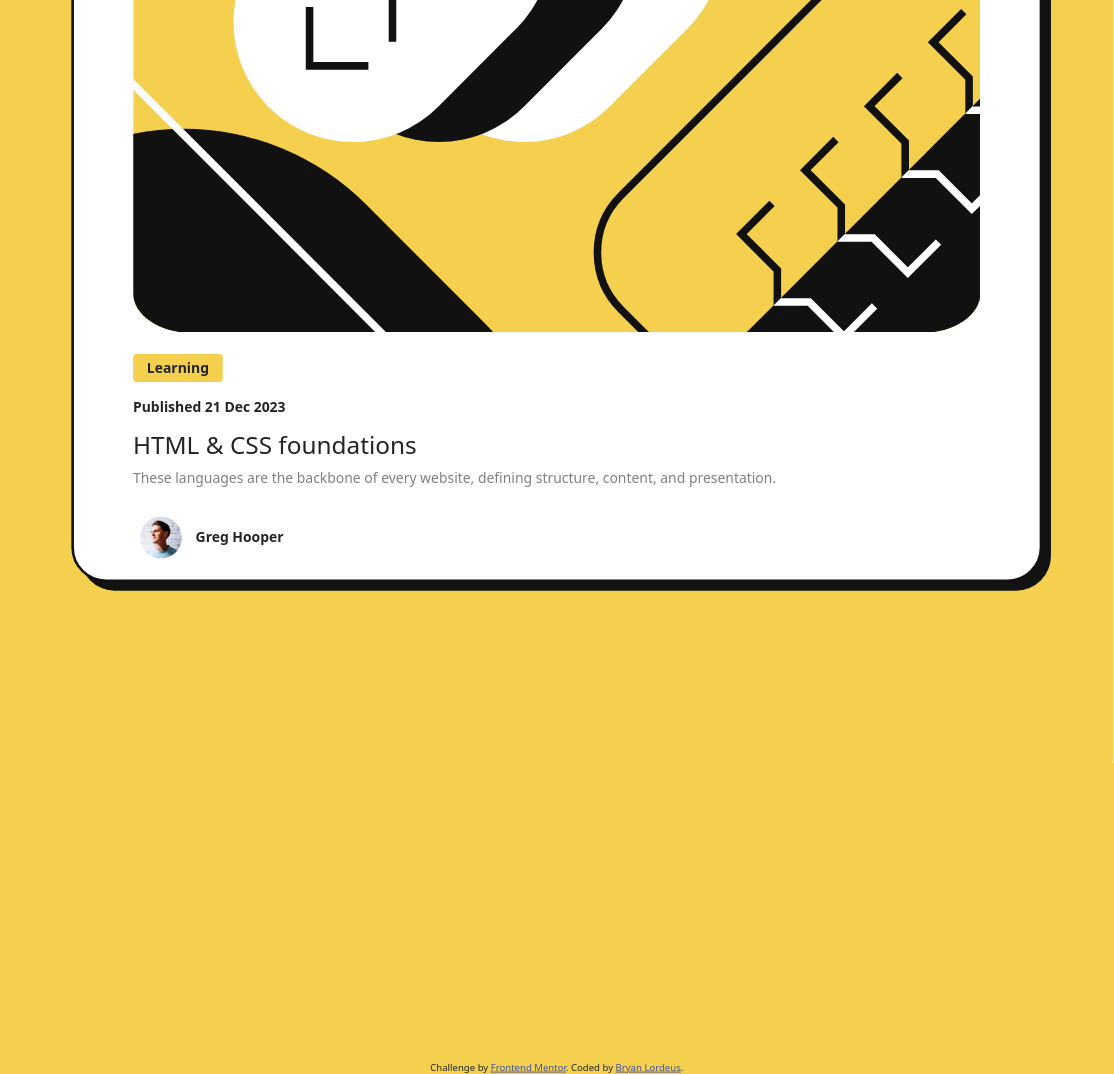
Repository: blordeus/blog-preview-card
Page: index.html
An editor plug-in stored every save of this project. The page is shown before and after the next save, followed by the edit.
The browser window is 1280 px wide. The pictures show the whole page, at 87% of full size.
The style sheet was rebuilt from its Sass, Less or Tailwind sources for each picture, by a compiler version that may differ from the author's.

Above is the page before, as saved 2024-02-10 11:59:07.

After the next save:
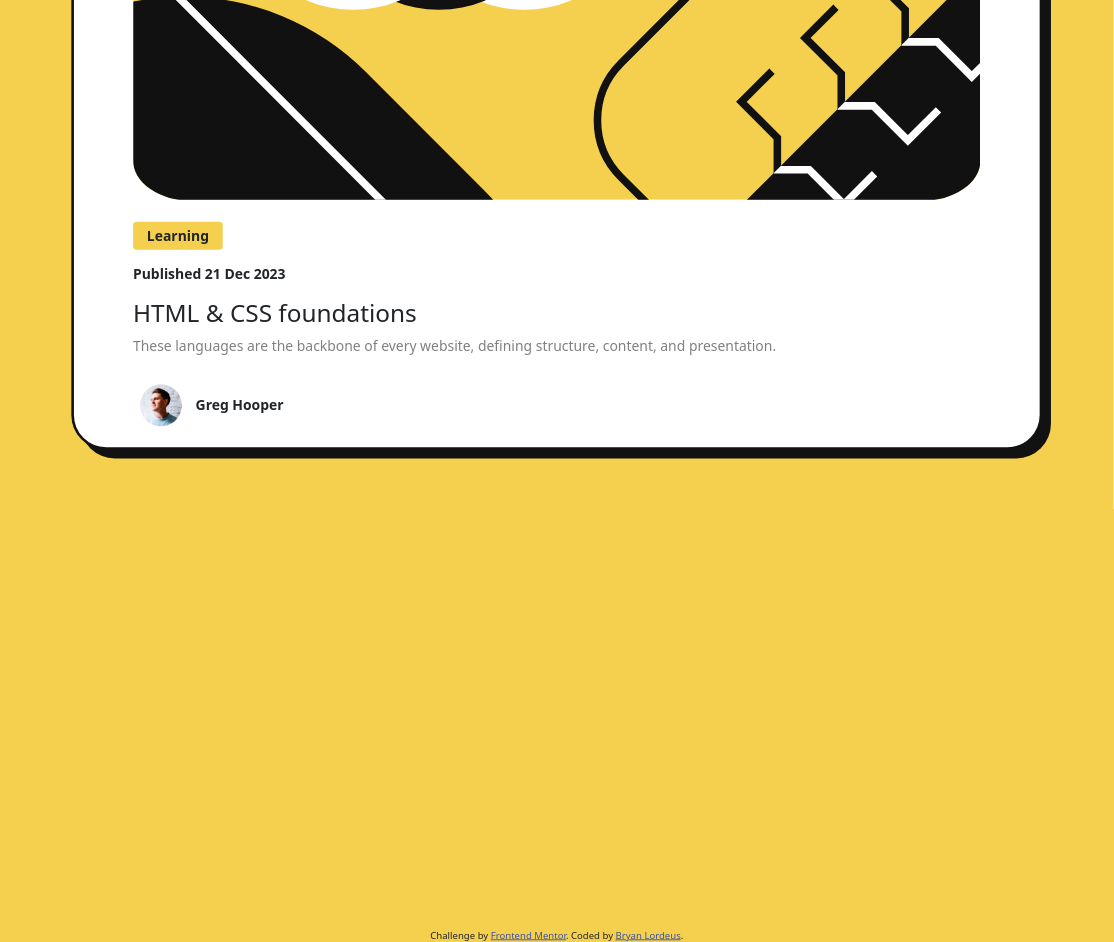
Saved 21 s later.
--- a/style.scss
+++ b/style.scss
@@ -95,7 +95,6 @@
     }
 
     body {
-        padding: 40% 90%;
     }
 
     main {

After the save that followed:
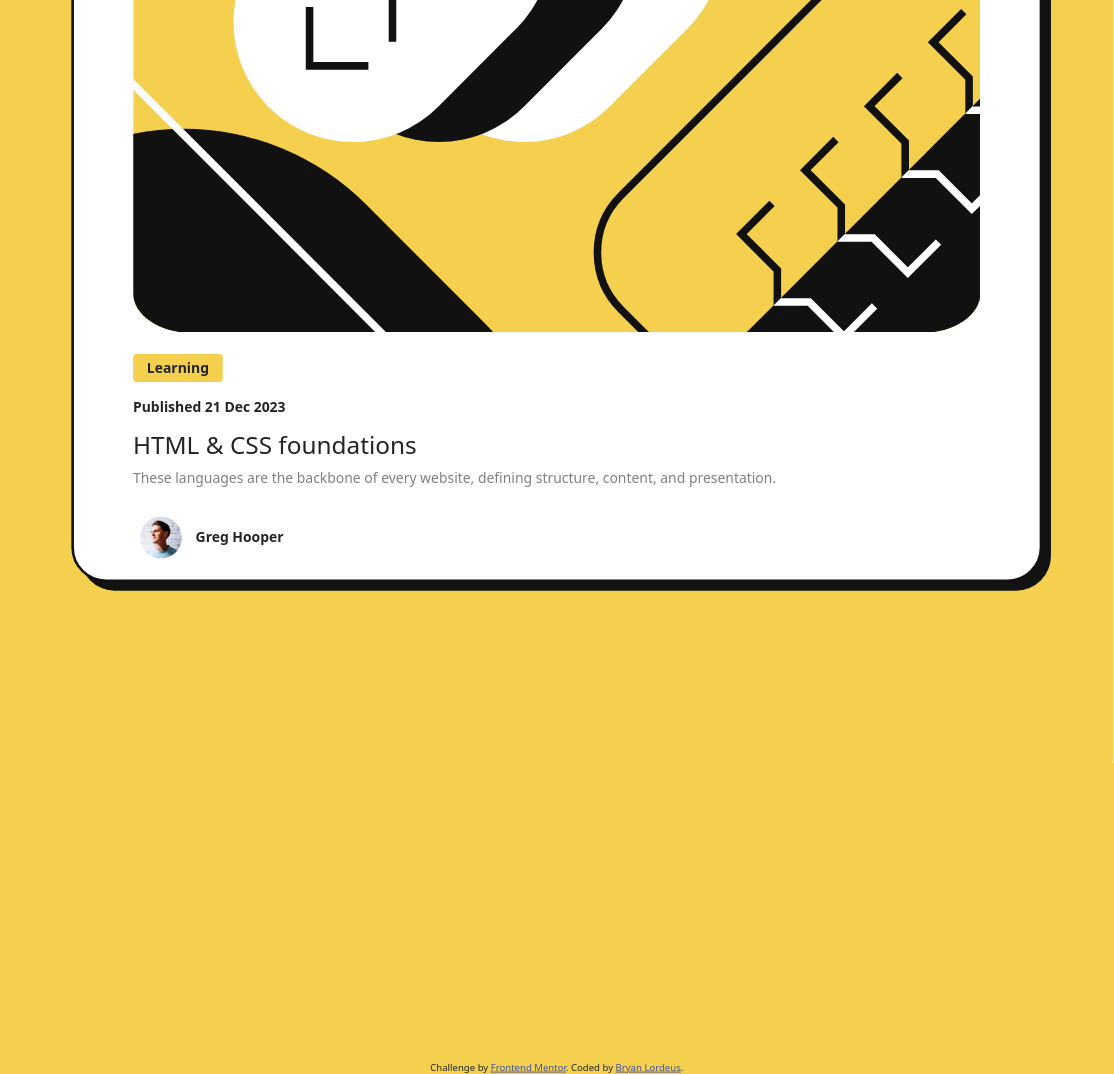
Saved 4 s later.
--- a/style.scss
+++ b/style.scss
@@ -95,6 +95,7 @@
     }
 
     body {
+        padding: 40% 90%;
     }
 
     main {
